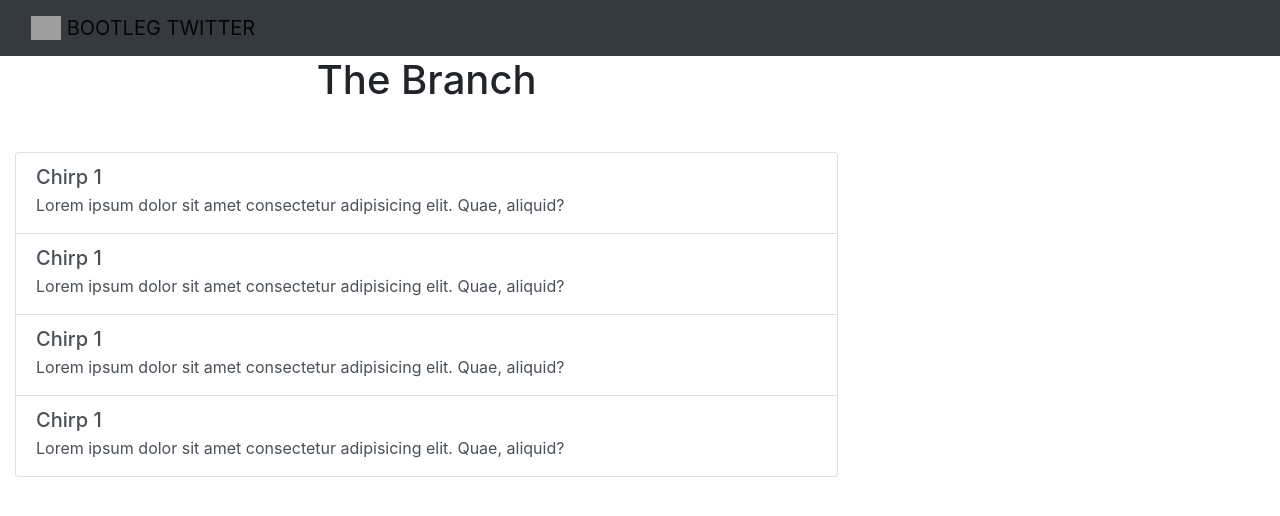
Repository: DavidDontKnow/BootlegTwitter
Page: html/FEED.HTML
The author's editor kept a copy of each file at every save. The page is drawn from the files as they stood at one save, then again after the next save.
The browser window is 1280 px wide. The pictures show the whole page.
Pictures or frames that could not be fetched are drawn as grey boxes.

Above is the page before, as saved 2023-04-06 10:58:15.

After the next save:
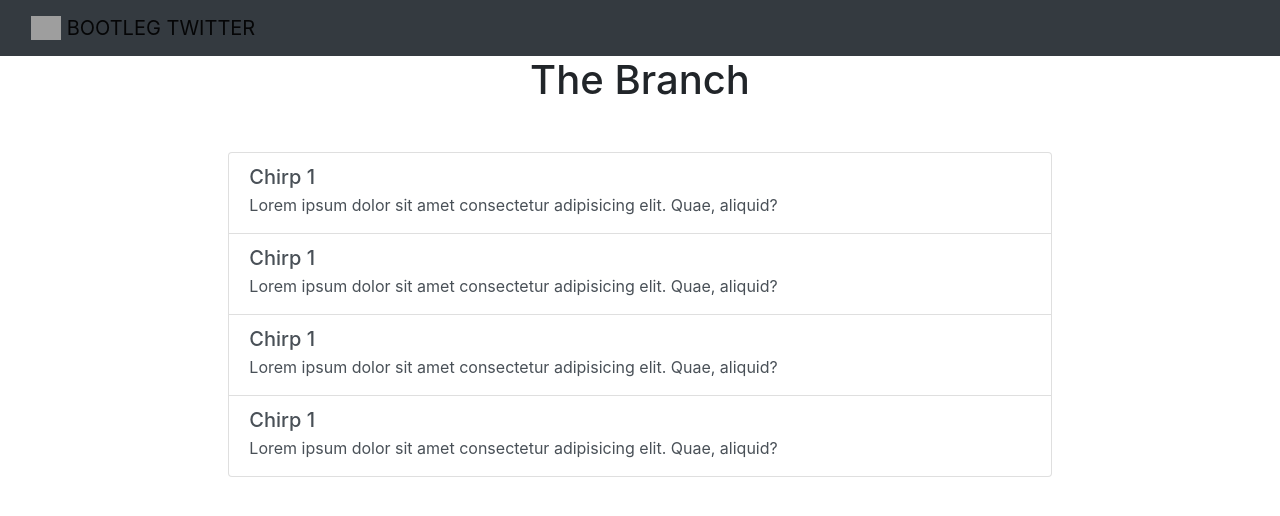
Saved 28 s later.
--- a/html/FEED.HTML
+++ b/html/FEED.HTML
@@ -22,7 +22,7 @@
 
       <div class="container-fluid">
         <div class="row">
-            <div class=""col-md-2></div>
+            <div class="col-md-2"></div>
             <div class="col-md-8">
                 <h1 class="text-center mb-5">The Branch</h1>
                 <div class="list-group">
